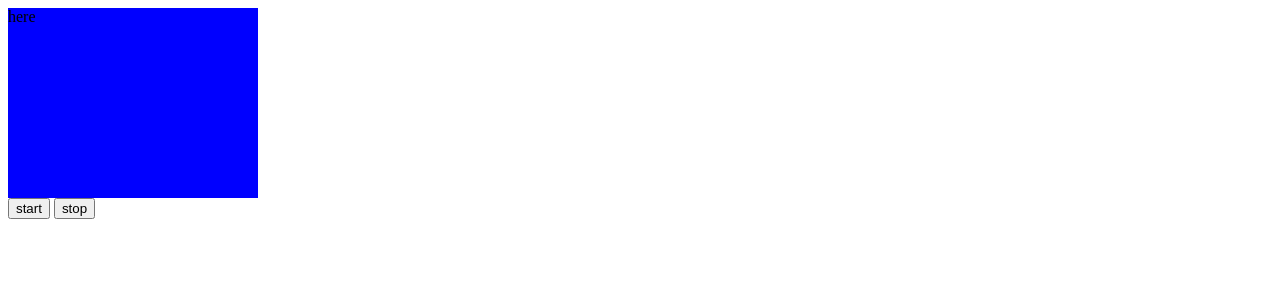
Repository: PoojaShirwaikar/BlockhainTest
Page: javascript/JQueryDemo/WebContent/queue.html
An editor plug-in stored every save of this project. The page is shown before and after the next save, followed by the edit.
The browser window is 1280 px wide. The pictures show the whole page.
After loading, the first visible `#start` was clicked once.
Some web libraries are served in a nearby version.

Above is the page before, as saved 2017-11-14 08:57:28.

### javascript/JQueryDemo/WebContent/queue.html
<!DOCTYPE html>
<html>
<head>
<meta charset="ISO-8859-1">
<title>Insert title here</title>
<script src="https://code.jquery.com/jquery-3.2.1.js"></script>
<style>
div {
	width: 250px;
	height: 190px;
	background-color: blue;
}
</style>
<script>
	$(function() {
		$("#start").click(function() {
			$("#div").append("<p>new para</p>");

		})
	});
</script>
</head>
<body>
	<div>here</div>
	<button id="start">start</button>
	<button id="stop">stop</button>

</body>
</html>

After the next save:
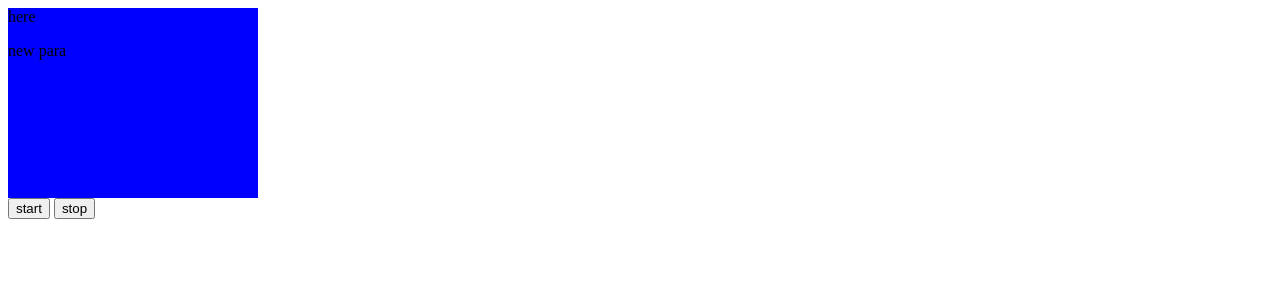
Saved 7 s later.
--- a/javascript/JQueryDemo/WebContent/queue.html
+++ b/javascript/JQueryDemo/WebContent/queue.html
@@ -14,7 +14,7 @@
 <script>
 	$(function() {
 		$("#start").click(function() {
-			$("#div").append("<p>new para</p>");
+			$("div").append("<p>new para</p>");
 
 		})
 	});

After the save that followed:
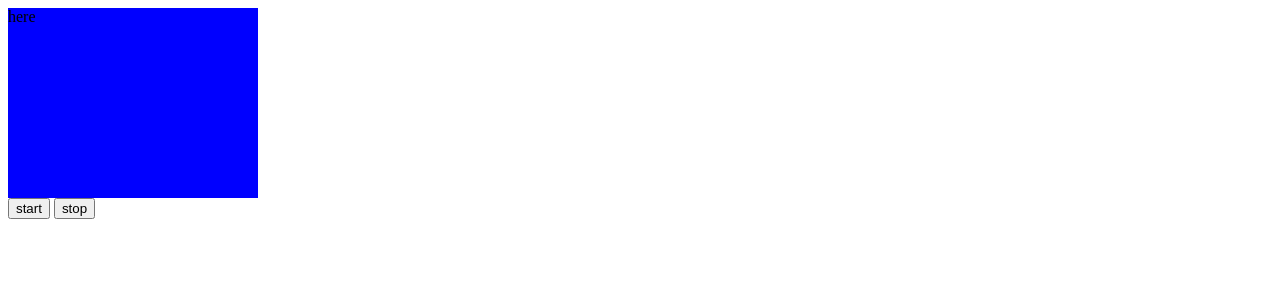
Saved 7 s later.
--- a/javascript/JQueryDemo/WebContent/queue.html
+++ b/javascript/JQueryDemo/WebContent/queue.html
@@ -14,7 +14,7 @@
 <script>
 	$(function() {
 		$("#start").click(function() {
-			$("div").append("<p>new para</p>");
+			$("div").append("");
 
 		})
 	});
